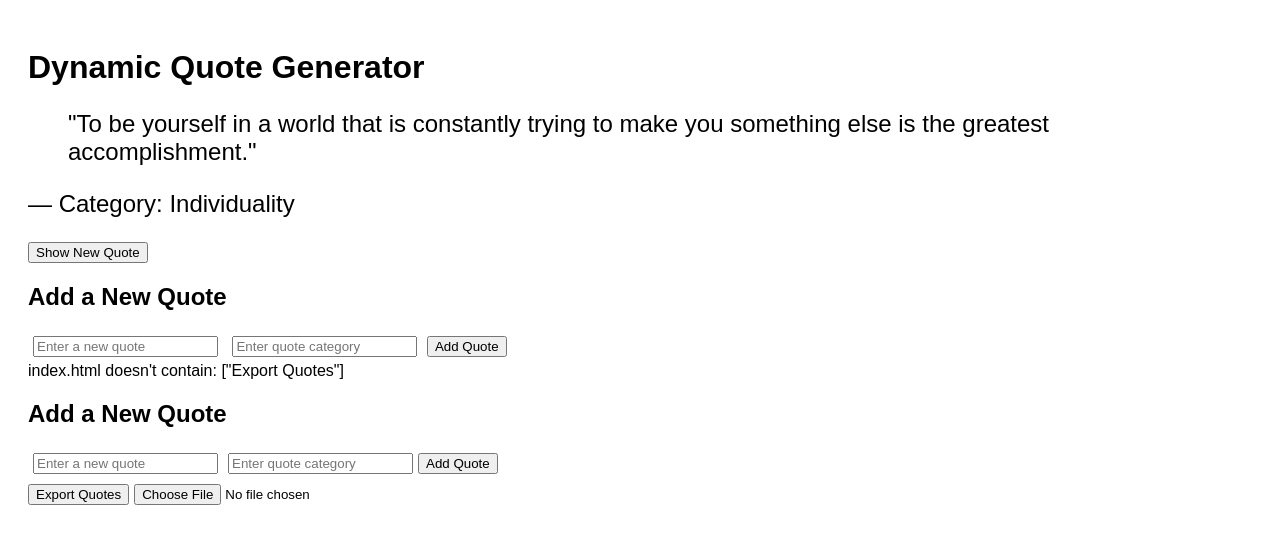
Repository: Patience225/alx_fe_javascript
Page: dom-manipulation/index.html
The author's editor kept a copy of each file at every save. The page is drawn from the files as they stood at one save, then again after the next save.
The browser window is 1280 px wide. The pictures show the whole page.

Above is the page before, as saved 2025-02-02 06:58:44.

### dom-manipulation/index.html
<!DOCTYPE html>
<html lang="en">
<head>
  <meta charset="UTF-8" />
  <meta name="viewport" content="width=device-width, initial-scale=1.0" />
  <title>Dynamic Quote Generator</title>
  <style>
    /* Some basic styling (optional) */
    body { font-family: Arial, sans-serif; padding: 20px; }
    #quoteDisplay { margin-bottom: 20px; font-size: 1.5em; }
    input { margin: 5px; }
  </style>
</head>
<body>
  <h1>Dynamic Quote Generator</h1>
  <div id="quoteDisplay">Your quote will appear here.</div>
  <button id="newQuote">Show New Quote</button>

  <!-- Form for adding new quotes -->
  <div id="addQuoteForm">
    <h2>Add a New Quote</h2>
    <input id="newQuoteText" type="text" placeholder="Enter a new quote" />
    <input id="newQuoteCategory" type="text" placeholder="Enter quote category" />
    <button id="addQuoteButton">Add Quote</button>
  </div>

  <script src="script.js"></script>
</body>
</html>
index.html doesn't contain: ["Export Quotes"]

### dom-manipulation/script.js
// Global array to store quotes
let quotes = [];

/**
 * Saves the current quotes array to localStorage.
 */
function saveQuotes() {
  localStorage.setItem('quotes', JSON.stringify(quotes));
}

/**
 * Loads quotes from localStorage. If none exist, load sample quotes.
 */
function loadQuotes() {
  const storedQuotes = localStorage.getItem('quotes');
  if (storedQuotes) {
    quotes = JSON.parse(storedQuotes);
  } else {
    // If no quotes in storage, initialize with some sample quotes.
    quotes = [
      { text: "The only limit to our realization of tomorrow is our doubts of today.", category: "Motivation" },
      { text: "Life is what happens when you're busy making other plans.", category: "Life" },
      { text: "To be yourself in a world that is constantly trying to make you something else is the greatest accomplishment.", category: "Individuality" }
    ];
    saveQuotes();
  }
}

/**
 * Displays a random quote from the quotes array in the #quoteDisplay element.
 * Also saves the displayed quote in sessionStorage.
 */
function showRandomQuote() {
  if (quotes.length === 0) {
    document.getElementById("quoteDisplay").textContent = "No quotes available!";
    return;
  }

  const randomIndex = Math.floor(Math.random() * quotes.length);
  const quote = quotes[randomIndex];

  // Display the quote and its category
  const quoteDisplay = document.getElementById("quoteDisplay");
  quoteDisplay.innerHTML = `
    <blockquote>"${quote.text}"</blockquote>
    <p>— Category: ${quote.category}</p>
  `;

  // Save the last displayed quote in sessionStorage
  sessionStorage.setItem('lastQuote', JSON.stringify(quote));
}

/**
 * Adds a new quote to the quotes array based on user input.
 */
function addQuote() {
  const quoteTextInput = document.getElementById("newQuoteText");
  const quoteCategoryInput = document.getElementById("newQuoteCategory");

  const text = quoteTextInput.value.trim();
  const category = quoteCategoryInput.value.trim();

  if (!text || !category) {
    alert("Please enter both a quote and a category.");
    return;
  }

  const newQuote = { text, category };
  quotes.push(newQuote);
  saveQuotes();

  quoteTextInput.value = "";
  quoteCategoryInput.value = "";

  alert("Quote added successfully!");
}

/**
 * Dynamically creates the form for adding new quotes and appends it to the DOM.
 */
function createAddQuoteForm() {
  const formContainer = document.createElement("div");
  formContainer.id = "addQuoteForm";

  const formHeading = document.createElement("h2");
  formHeading.textContent = "Add a New Quote";
  formContainer.appendChild(formHeading);

  const quoteTextInput = document.createElement("input");
  quoteTextInput.id = "newQuoteText";
  quoteTextInput.type = "text";
  quoteTextInput.placeholder = "Enter a new quote";
  formContainer.appendChild(quoteTextInput);

  const quoteCategoryInput = document.createElement("input");
  quoteCategoryInput.id = "newQuoteCategory";
  quoteCategoryInput.type = "text";
  quoteCategoryInput.placeholder = "Enter quote category";
  formContainer.appendChild(quoteCategoryInput);

  const addQuoteButton = document.createElement("button");
  addQuoteButton.id = "addQuoteButton";
  addQuoteButton.textContent = "Add Quote";
  addQuoteButton.addEventListener("click", addQuote);
  formContainer.appendChild(addQuoteButton);

  document.body.appendChild(formContainer);
}

/**
 * Creates and adds buttons for exporting and importing JSON data.
 */
function createImportExportButtons() {
  const container = document.createElement("div");
  container.id = "jsonActions";

  // Export Button
  const exportButton = document.createElement("button");
  exportButton.id = "exportButton";
  exportButton.textContent = "Export Quotes";
  exportButton.addEventListener("click", exportQuotesAsJson);
  container.appendChild(exportButton);

  // Import File Input
  const importInput = document.createElement("input");
  importInput.type = "file";
  importInput.id = "importFile";
  importInput.accept = ".json";
  importInput.addEventListener("change", importFromJsonFile);
  container.appendChild(importInput);

  document.body.appendChild(container);
}

/**
 * Exports the quotes array as a downloadable JSON file.
 */
function exportQuotesAsJson() {
  const jsonString = JSON.stringify(quotes, null, 2);
  const blob = new Blob([jsonString], { type: 'application/json' });
  const url = URL.createObjectURL(blob);
  const a = document.createElement("a");
  a.href = url;
  a.download = "quotes.json";
  a.click();
  URL.revokeObjectURL(url);
}

/**
 * Imports quotes from a selected JSON file.
 * Updates the quotes array and saves to localStorage.
 */
function importFromJsonFile(event) {
  const fileReader = new FileReader();
  fileReader.onload = function(e) {
    try {
      const importedQuotes = JSON.parse(e.target.result);
      if (Array.isArray(importedQuotes)) {
        quotes.push(...importedQuotes);
        saveQuotes();
        alert("Quotes imported successfully!");
      } else {
        alert("Invalid JSON format: Expected an array of quotes.");
      }
    } catch (error) {
      alert("Error parsing JSON file: " + error.message);
    }
  };
  fileReader.readAsText(event.target.files[0]);
}

/**
 * Checks sessionStorage for a last viewed quote and displays it if found.
 */
function displayLastViewedQuote() {
  const lastQuoteString = sessionStorage.getItem('lastQuote');
  if (lastQuoteString) {
    const lastQuote = JSON.parse(lastQuoteString);
    document.getElementById("quoteDisplay").innerHTML = `
      <blockquote>"${lastQuote.text}"</blockquote>
      <p>— Category: ${lastQuote.category} (Last Viewed)</p>
    `;
  }
}

// Initialize the app once the DOM is fully loaded.
document.addEventListener("DOMContentLoaded", () => {
  // Load quotes from local storage (or initialize with sample quotes)
  loadQuotes();

  // Create and attach the Add Quote form
  createAddQuoteForm();

  // Create and attach JSON import/export buttons
  createImportExportButtons();

  // Attach event listener to the "Show New Quote" button
  document.getElementById("newQuote").addEventListener("click", showRandomQuote);

  // Display last viewed quote from session storage if available,
  // otherwise show a random quote.
  if (sessionStorage.getItem('lastQuote')) {
    displayLastViewedQuote();
  } else {
    showRandomQuote();
  }
});

After the next save:
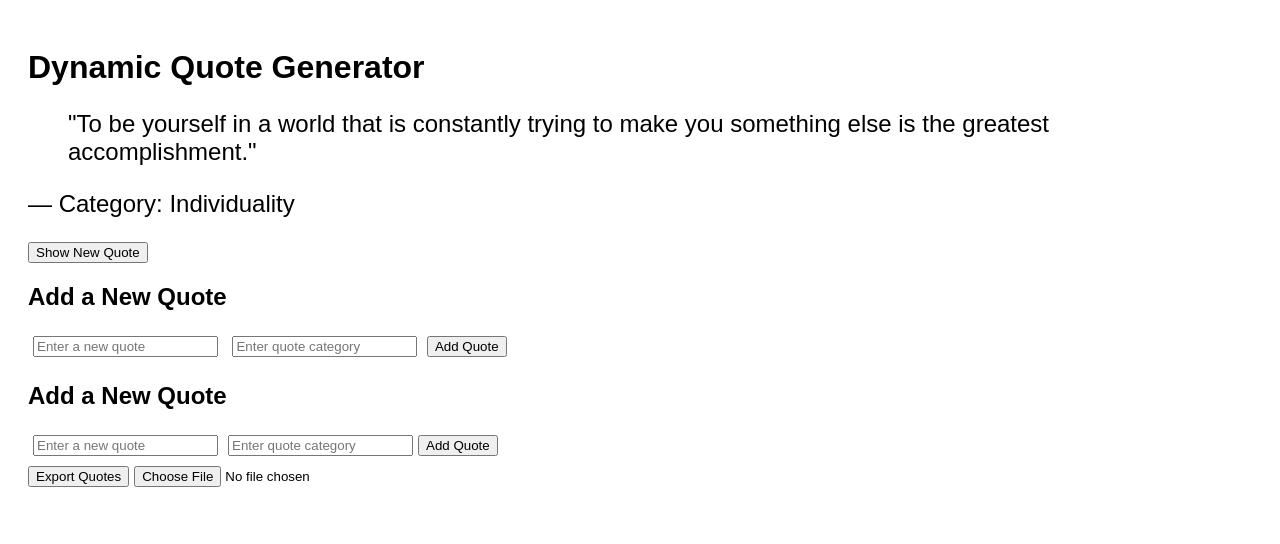
Saved 11 s later.
--- a/dom-manipulation/index.html
+++ b/dom-manipulation/index.html
@@ -27,4 +27,3 @@
   <script src="script.js"></script>
 </body>
 </html>
-index.html doesn't contain: ["Export Quotes"]
